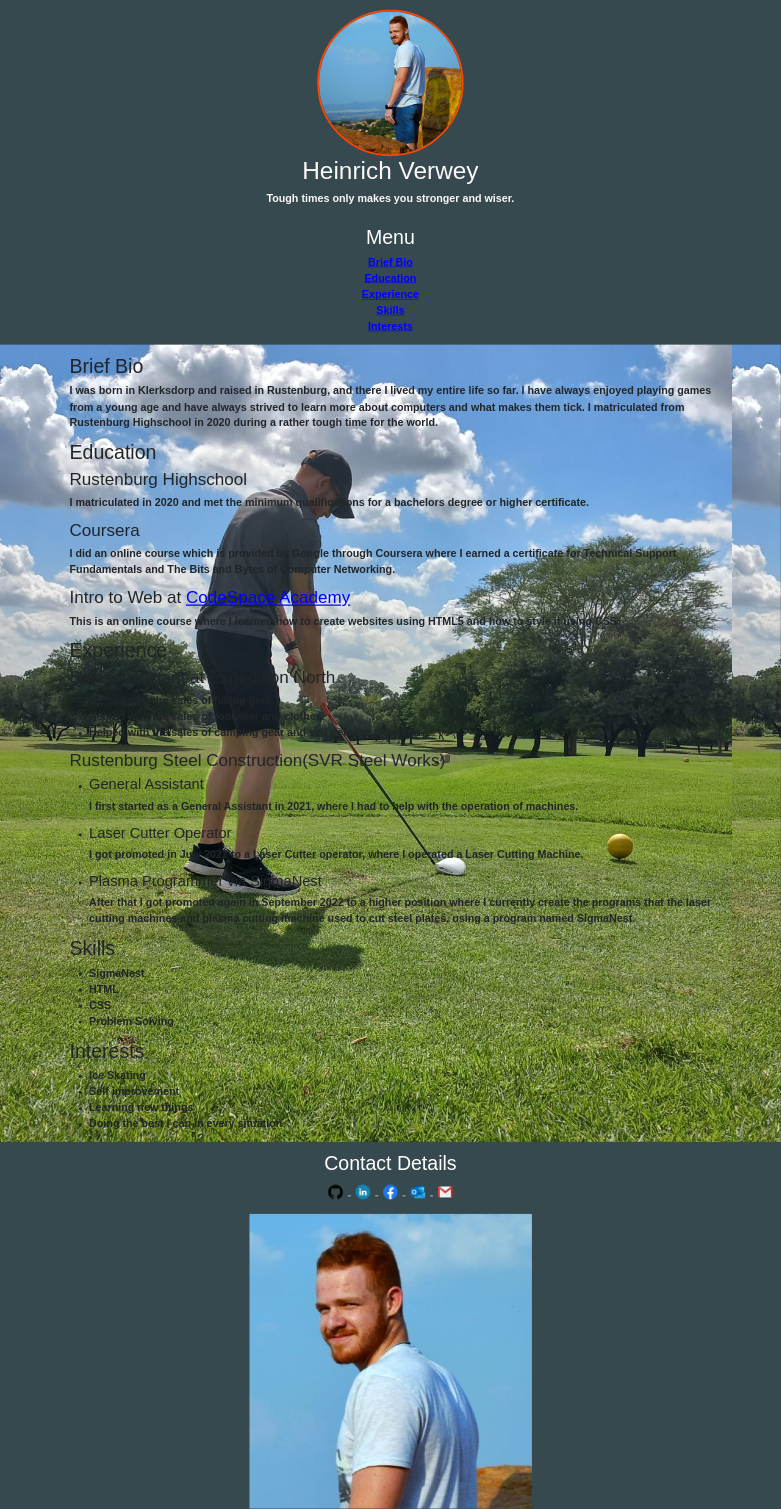
Repository: W3asl3y/IntroToWebDesign
Page: index.html
These files come from the project's save history. The page is drawn as it stood at one moment and after the next save; the edit follows.
The browser window is 1280 px wide. The pictures show the whole page, at 61% of full size.

Above is the page before, as saved 2022-12-08 21:57:11.

After the next save:
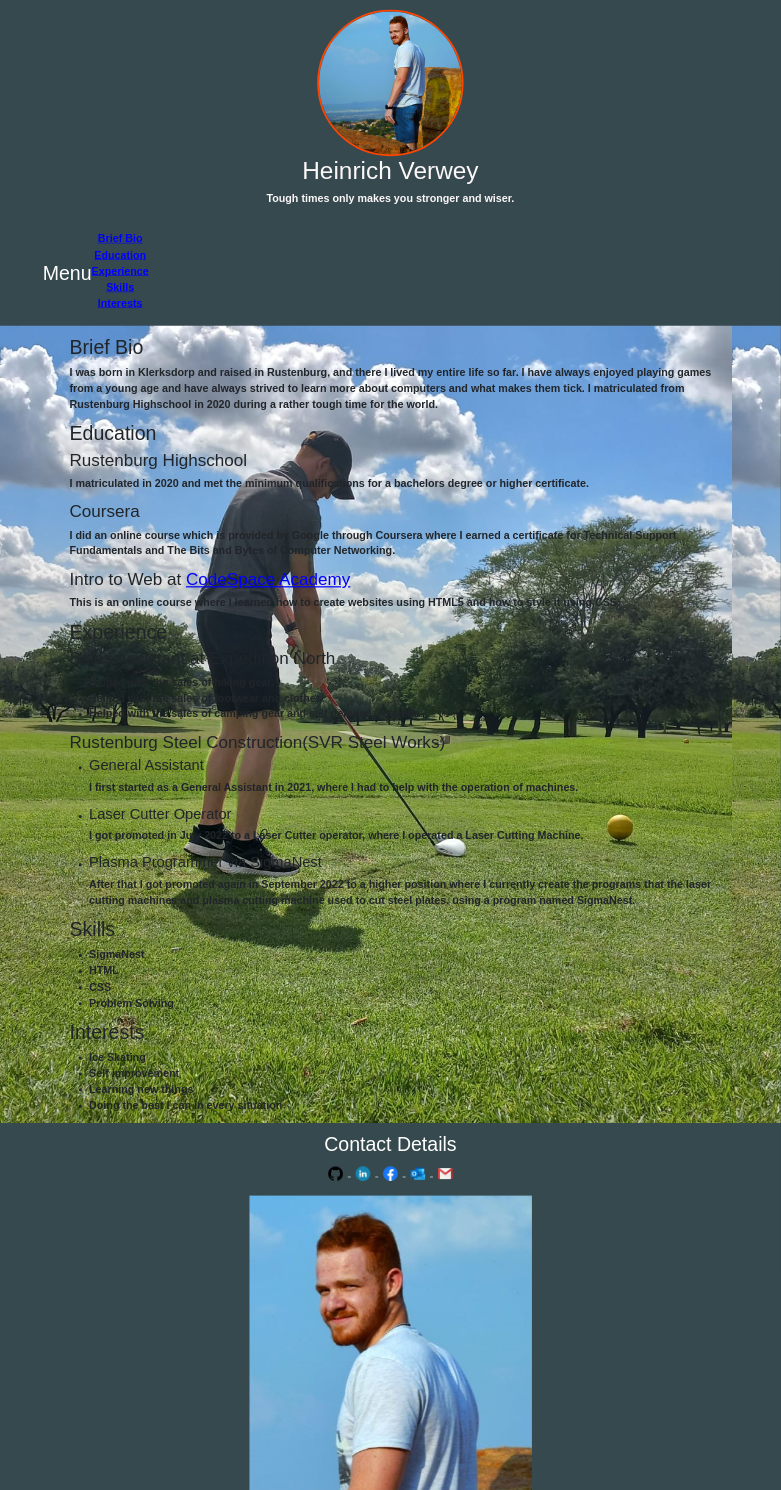
Saved 9 min 53 s later.
--- a/index.html
+++ b/index.html
@@ -33,10 +33,12 @@
                     </header>
                 </div>
                 <div id="navbar">
-                    <nav>
-                        <h2 id="menu">
-                            Menu
-                        </h2>
+                    <nav class="navbar navbar-expand-lg " >
+                        <div class="navbar-header">
+                            <h2 id="menu">
+                                Menu
+                            </h2>
+                        </div>
                         <ul class="nav-menu">
                             <li>
                                 <a href="#brief_bio"> Brief Bio </a>
@@ -70,7 +72,7 @@
                 <div class="row">
                     <div class="col-12">
                         <article id="contents">
-                            <h2 id=brief_bio>
+                            <h2 id="brief_bio">
                                 Brief Bio
                             </h2>
                             <p>
